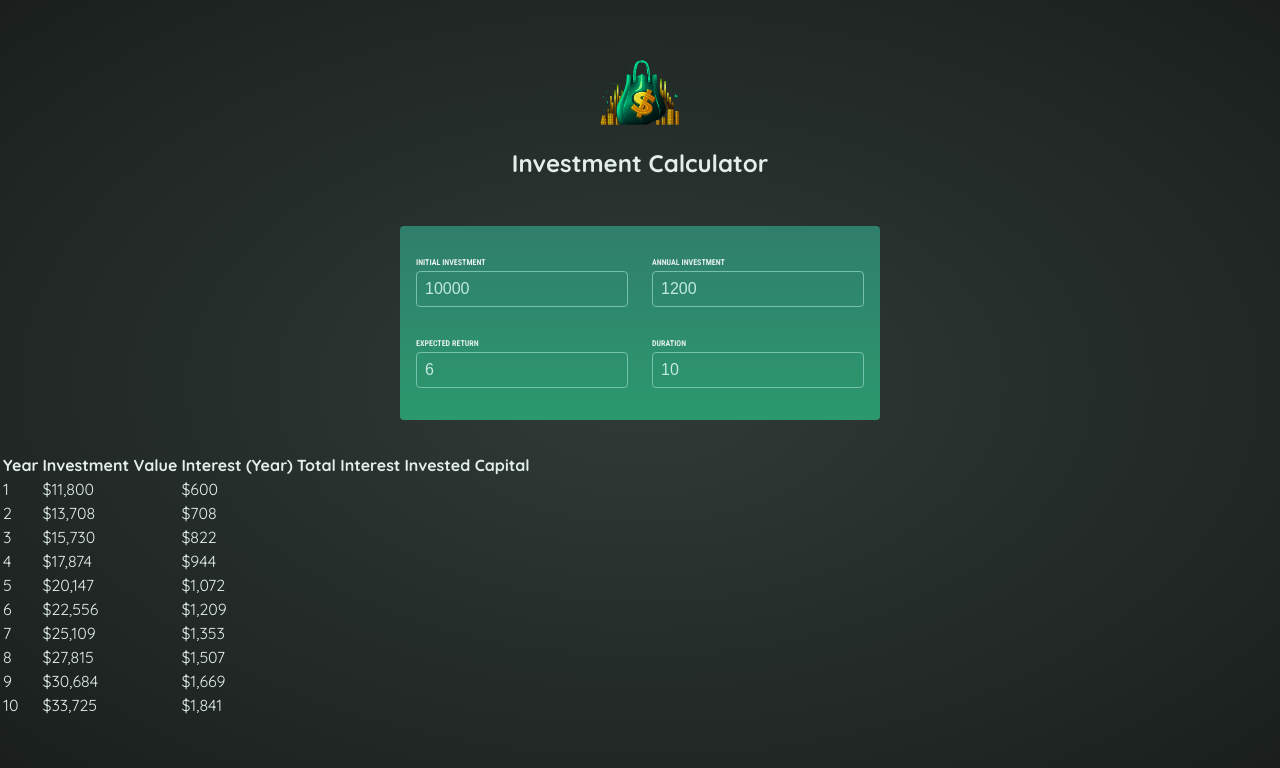
Repository: ooluchi/prac-investment-calculator
Page: /
An editor plug-in stored every save of this project. The page is shown before and after the next save, followed by the edit.
The browser window is 1280 px wide. The pictures show the whole page.
The project was rebuilt for these pictures with package versions that can differ from the ones it lists, and the page was loaded fresh each time. Also part of the build but not shown: vite.config.js.

Above is the page before, as saved 2024-11-13 15:08:50.

After the next save:
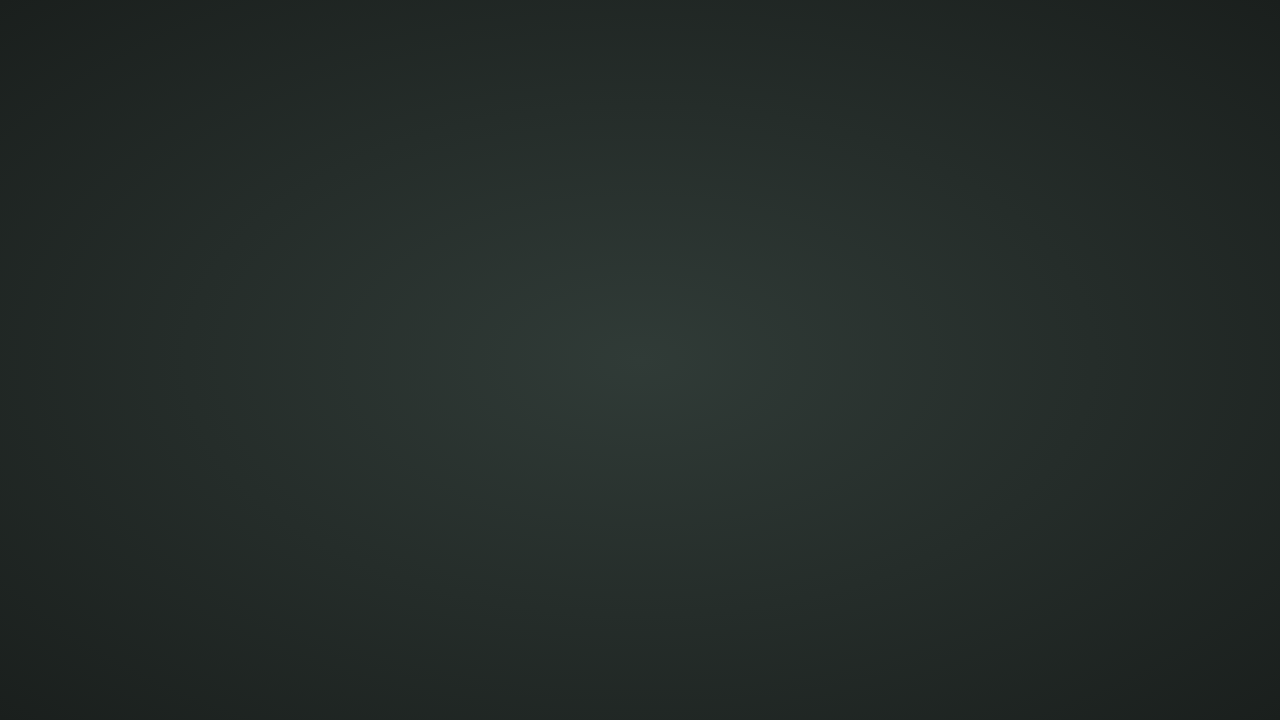
Console error: TypeError: yearData.return is not a function
Saved 8 s later.
--- a/src/components/Results.jsx
+++ b/src/components/Results.jsx
@@ -16,7 +16,7 @@
             </thead>
             <tbody>
                 {resultsData.map(yearData => {
-                    const totalInterest = yearData.valueEndOfYear
+                    const totalInterest = yearData.valueEndOfYear - yearData.
                     return (
                         <tr key={yearData.year}>
                             <td>{yearData.year}</td>

After the 5 saves that followed:
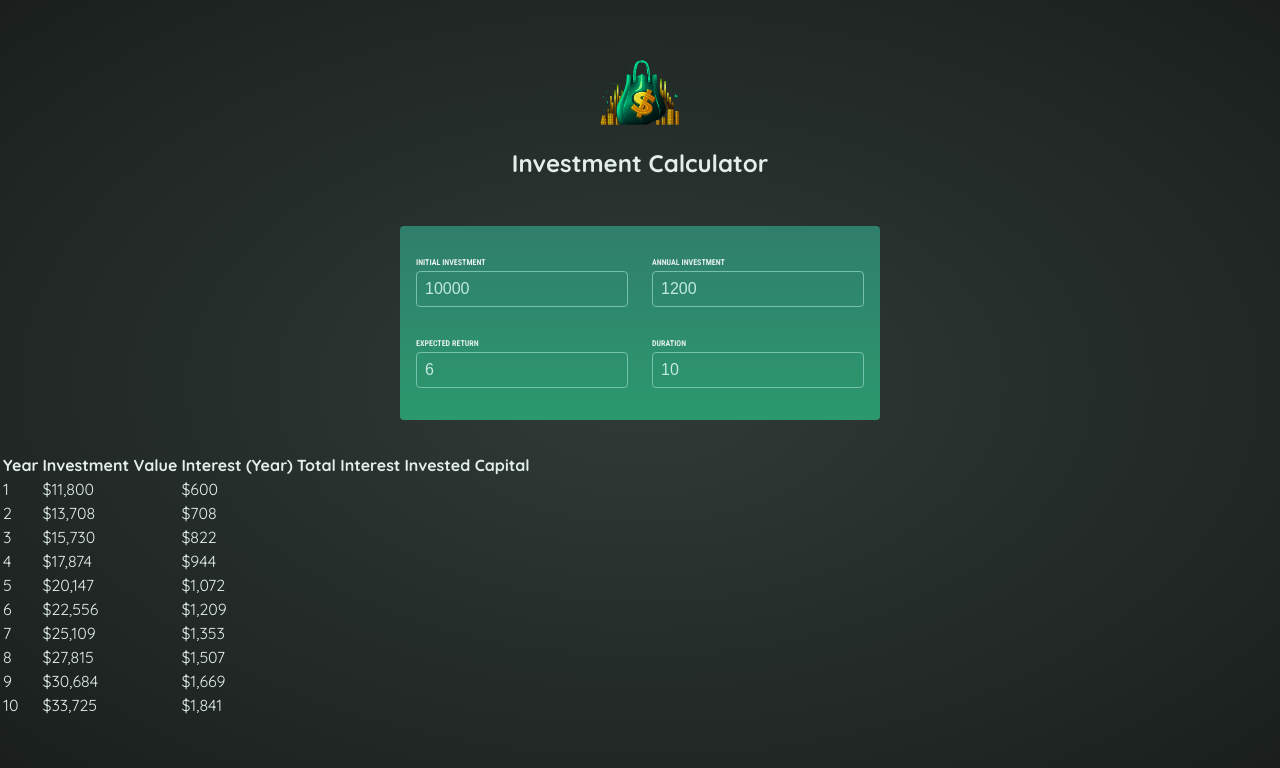
The error is gone.
The 5 saves are shown as one change because 1 did not build or start and some came seconds apart.
The last was saved 18 s later.
--- a/src/components/Results.jsx
+++ b/src/components/Results.jsx
@@ -16,7 +16,7 @@
             </thead>
             <tbody>
                 {resultsData.map(yearData => {
-                    const totalInterest = yearData.valueEndOfYear - yearData.
+                    const totalInterest = yearData.valueEndOfYear - yearData.annualInvestment * yearData.year
                     return (
                         <tr key={yearData.year}>
                             <td>{yearData.year}</td>
